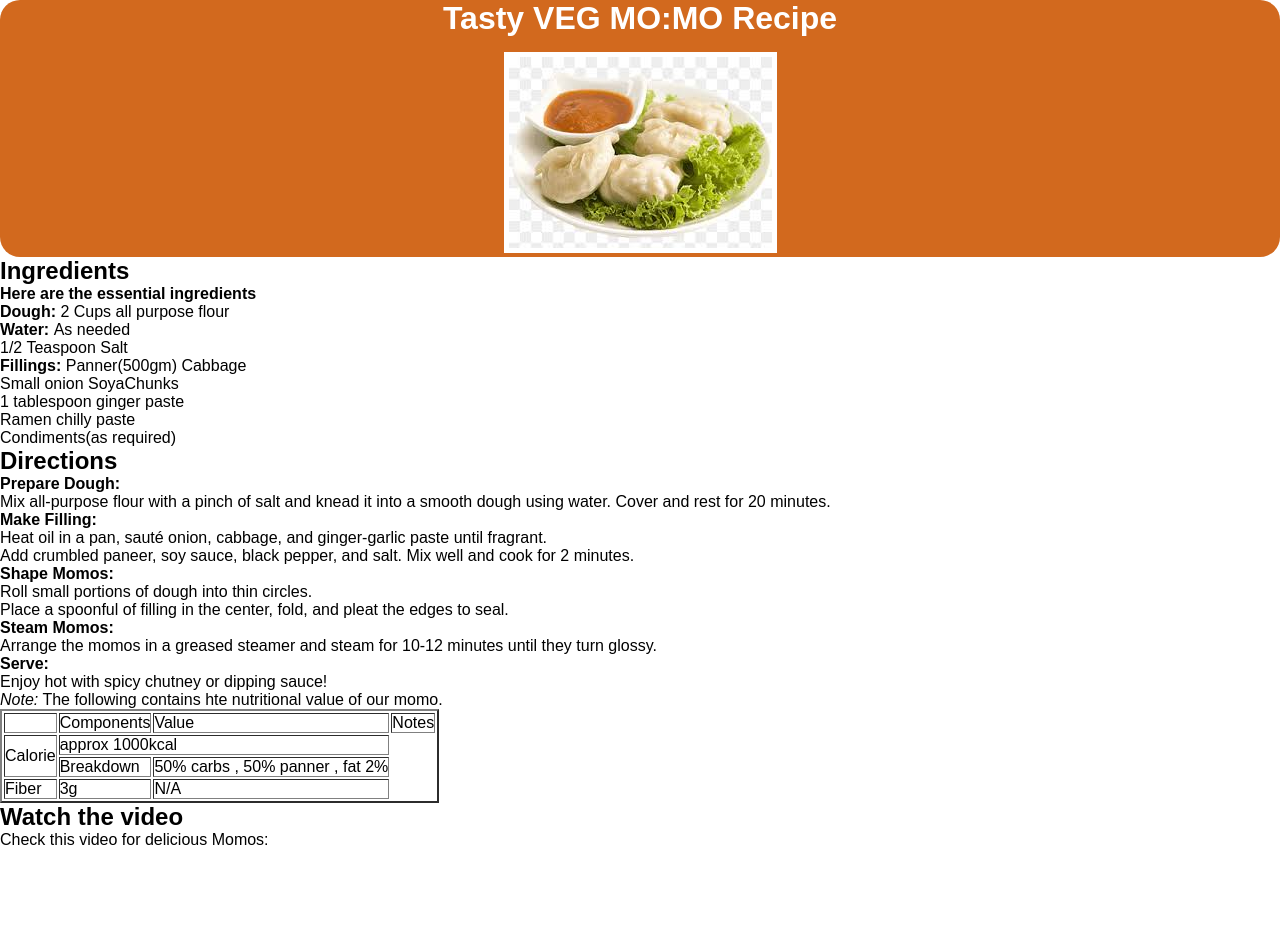
Repository: GigaByte6610/recipe
Page: index.html
An editor plug-in stored every save of this project. The page is shown before and after the next save, followed by the edit.
The browser window is 1280 px wide. The pictures show the part of the page from y = 0 to 952 px (the page is 1204 px tall).
Pictures or frames that could not be fetched are drawn as grey boxes.

Above is the page before, as saved 2025-02-05 04:16:48.

After the next save:
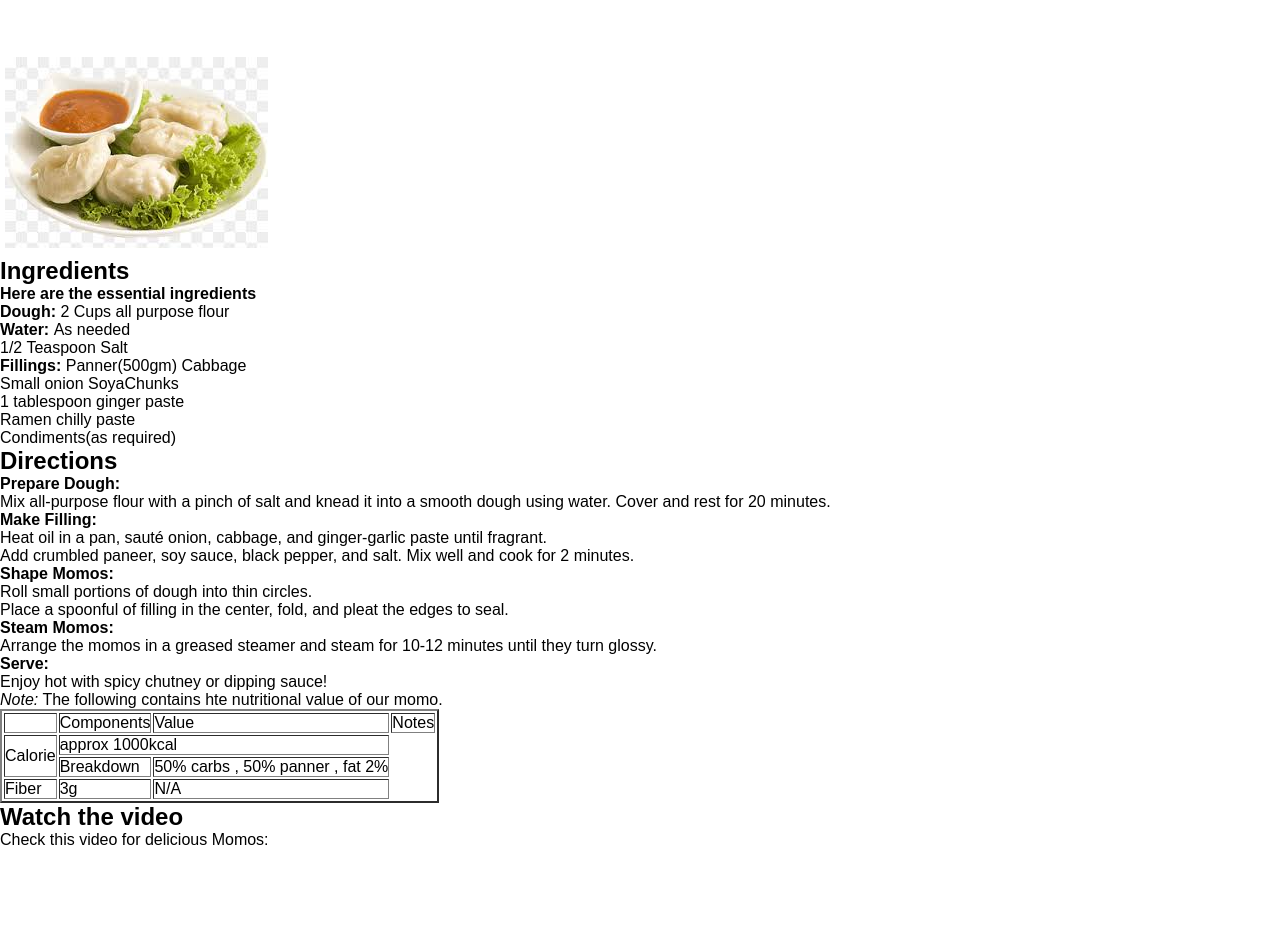
Saved 49 s later.
--- a/style.css
+++ b/style.css
@@ -8,13 +8,14 @@
     font-family: Arial, Helvetica, sans-serif;
 }
 
-header {
+
+/* header {
     background-color: chocolate;
     border: 200px;
     text-align: center;
     border-radius: 20px;
-    padding: ;
-}
+
+} */
 
 header h1 {
     color: white;

After the save that followed:
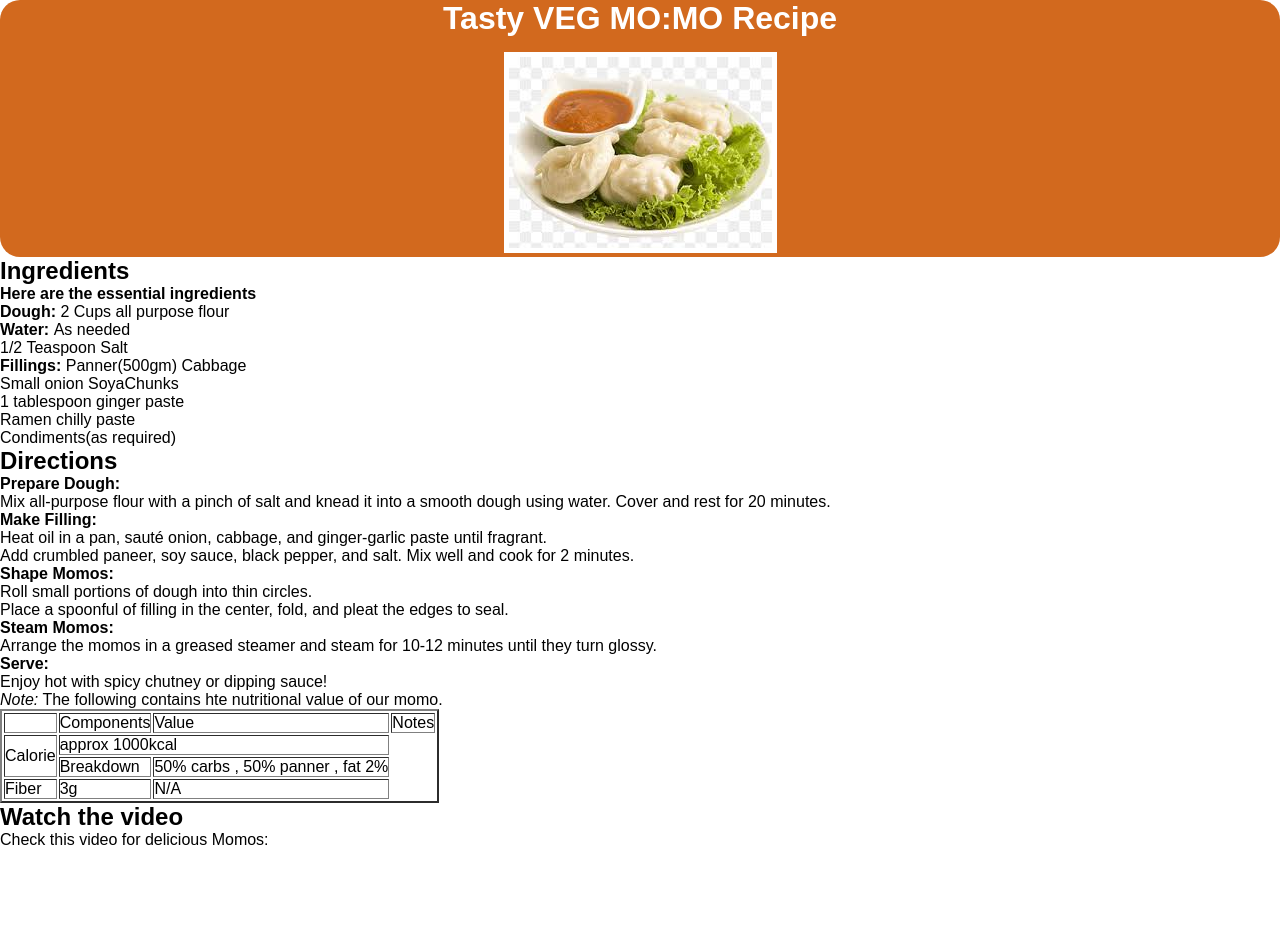
Saved 9 s later.
--- a/style.css
+++ b/style.css
@@ -8,14 +8,12 @@
     font-family: Arial, Helvetica, sans-serif;
 }
 
-
-/* header {
+header {
     background-color: chocolate;
     border: 200px;
     text-align: center;
     border-radius: 20px;
-
-} */
+}
 
 header h1 {
     color: white;
